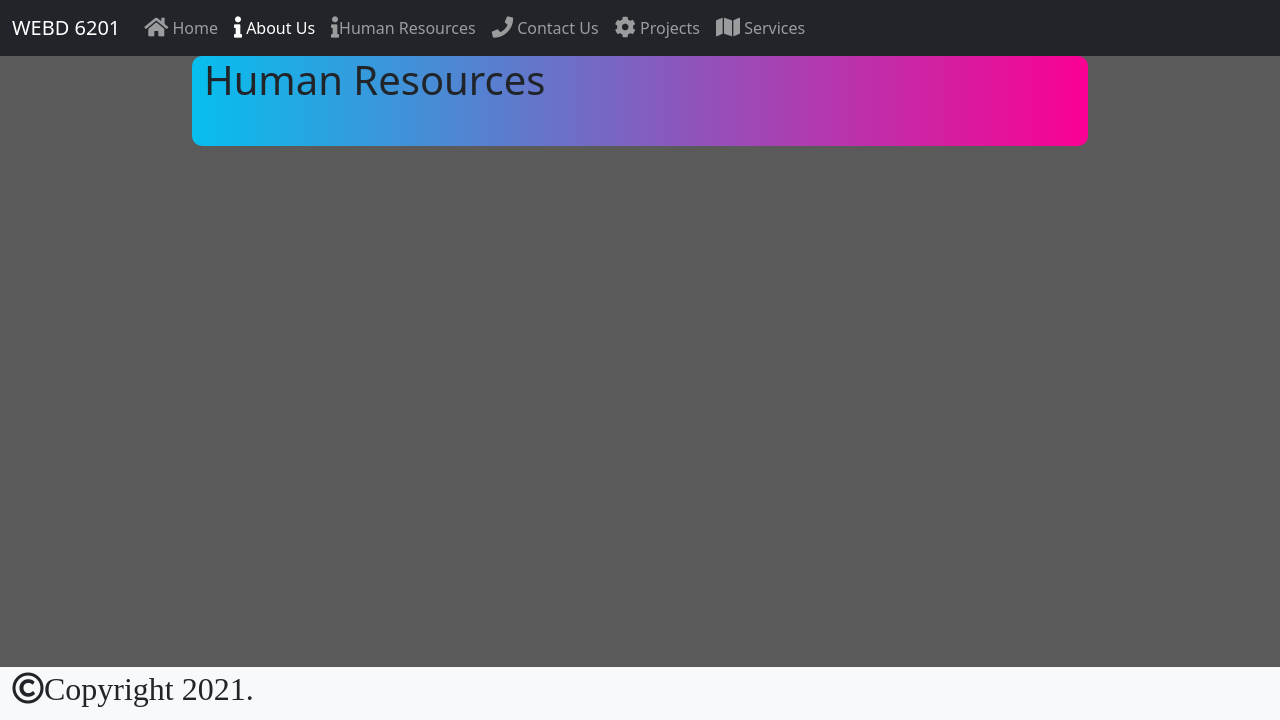
Repository: vans12345678/WEBD6201-W2021-Week3
Page: human-resources.html
An editor plug-in stored every save of this project. The page is shown before and after the next save, followed by the edit.
The browser window is 1280 px wide. The pictures show the whole page.

Above is the page before, as saved 2021-01-28 20:19:03.

After the next save:
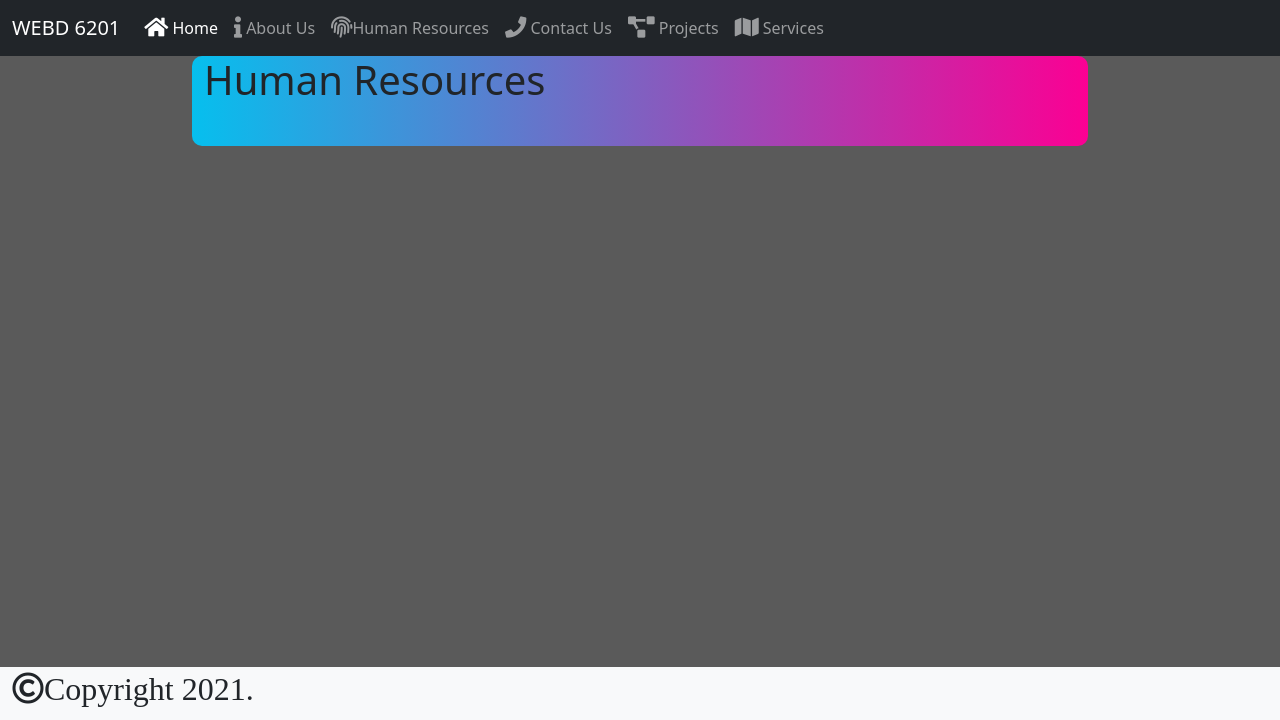
Saved 28 s later.
--- a/human-resources.html
+++ b/human-resources.html
@@ -23,19 +23,19 @@
               <div class="collapse navbar-collapse" id="navbarSupportedContent">
                 <ul class="navbar-nav me-auto mb-2 mb-lg-0">
                   <li class="nav-item">
-                    <a class="nav-link" aria-current="page" href="index.html"><i class="fas fa-home fa-lg"></i> Home</a>
+                    <a class="nav-link active" aria-current="page" href="index.html"><i class="fas fa-home fa-lg"></i> Home</a>
                   </li>
                   <li class="nav-item">
-                    <a class="nav-link active" aria-current="page" href="about.html"><i class="fas fa-info fa-lg"></i> About Us</a>
+                    <a class="nav-link" aria-current="page" href="about.html"><i class="fas fa-info fa-lg"></i> About Us</a>
                   </li>
                   <li class="nav-item">
-                    <a class="nav-link" aria-current="page" href="human-resources.html"><i class="fas fa-info fa-lg"></i>Human Resources</a>
+                    <a class="nav-link" aria-current="page" href="human-resources.html"><i class="fas fa-fingerprint fa-lg"></i>Human Resources</a>
                   </li>
                   <li class="nav-item">
                     <a class="nav-link" aria-current="page" href="contact.html"><i class="fas fa-phone fa-lg"></i> Contact Us</a>
                   </li>
                   <li class="nav-item">
-                    <a class="nav-link" aria-current="page" href="projects.html"><i class="fas fa-cog fa-lg"></i> Projects</a>
+                    <a class="nav-link" aria-current="page" href="projects.html"><i class="fas fa-project-diagram fa-lg"></i> Projects</a>
                   </li>
                   <li class="nav-item">
                     <a class="nav-link" aria-current="page" href="services.html"><i class="fas fa-map fa-lg"></i> Services</a>
